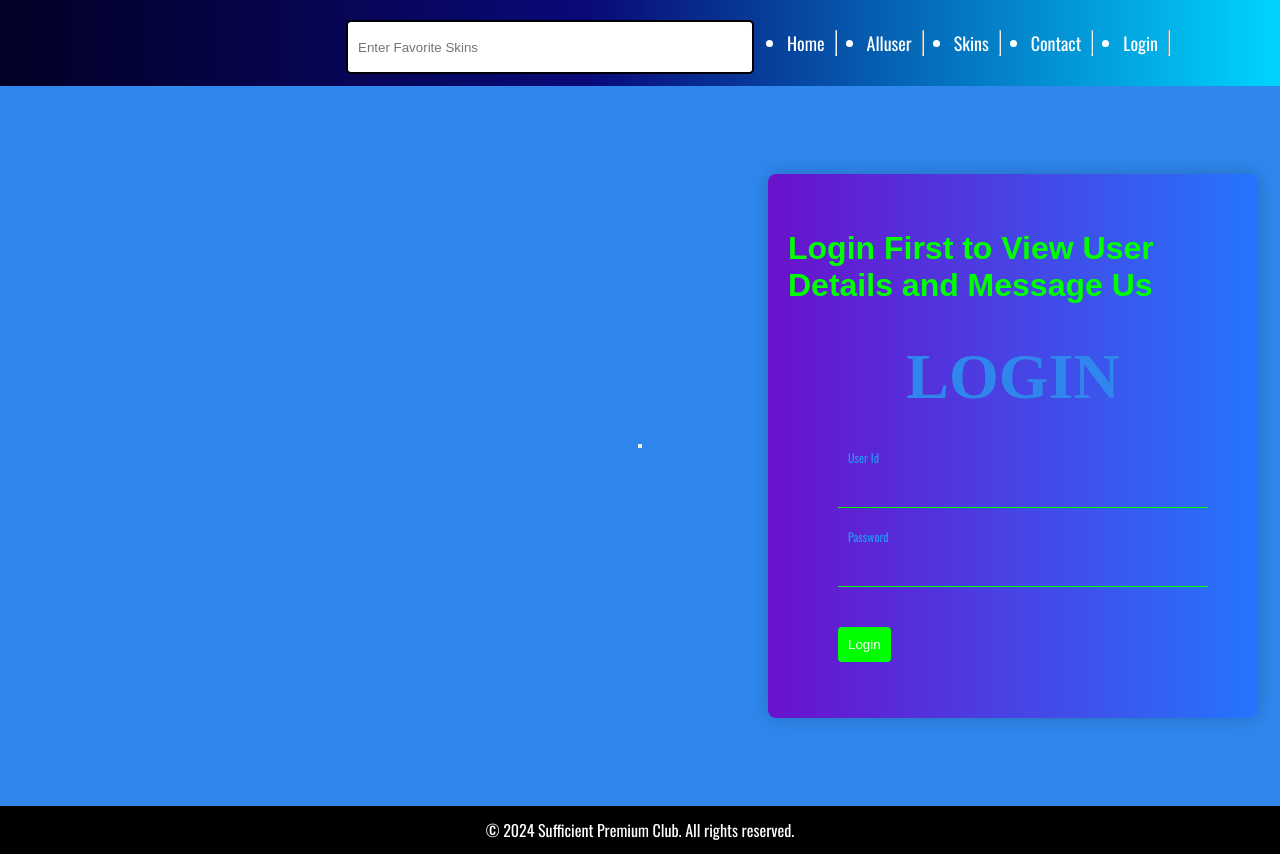
Repository: TechMukul/new
Page: /Login
An editor plug-in stored every save of this project. The page is shown before and after the next save, followed by the edit.
The browser window is 1280 px wide. The pictures show the whole page.
Some web fonts or font styles are not loaded; a fallback is used. The project was rebuilt for these pictures with package versions that can differ from the ones it lists, and the page was loaded fresh each time. The framework's server and built-in components were replaced by stand-ins that run in the browser. Also part of the build but not shown: next.config.mjs.

Above is the page before, as saved 2024-08-09 15:16:07.

After the next save:
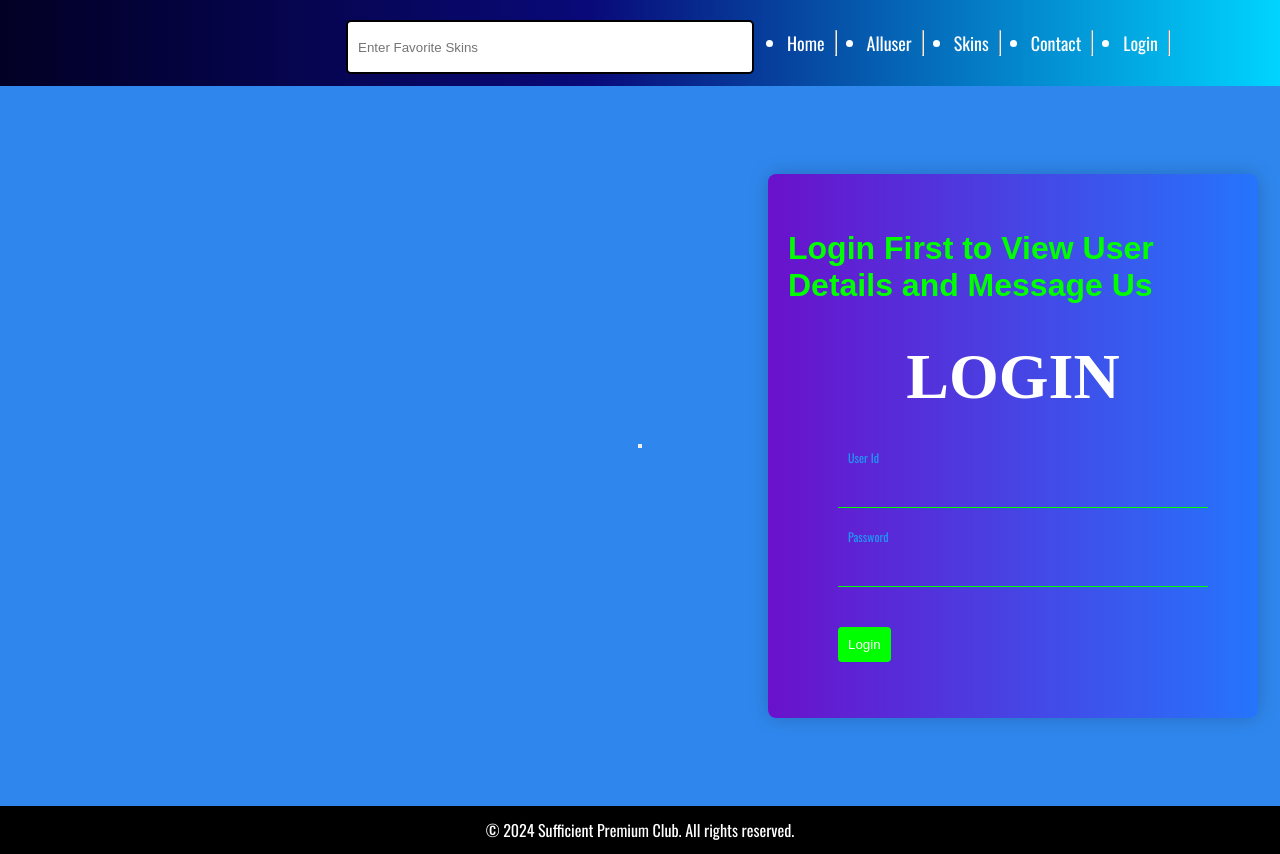
Saved 12 s later.
--- a/pages/Login/index.module.scss
+++ b/pages/Login/index.module.scss
@@ -89,7 +89,7 @@
 .loginTitle {
   text-align: center;
   margin-bottom: 20px;
-  color:  #2f87ed; /* Green color for title */
+  color:  white; /* Green color for title */
   font-size: 4rem;
   font-weight: bolder;
   animation: pulse 1.5s infinite;
